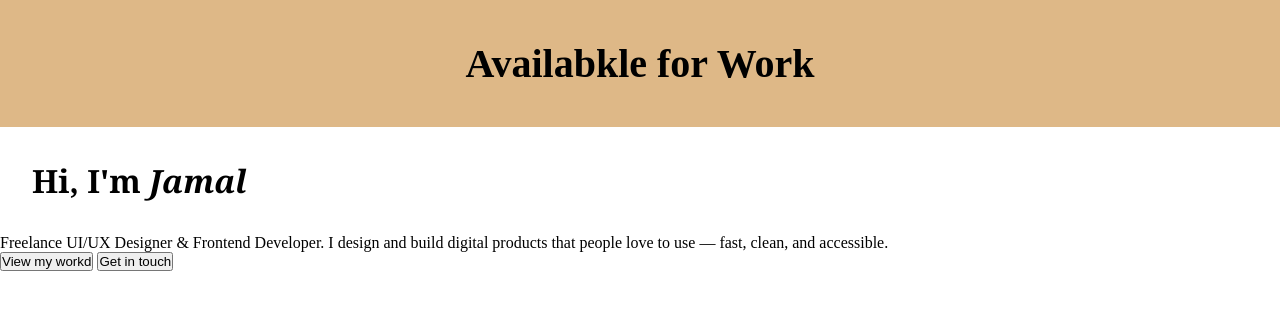
Repository: jamalissef-glitch/exercise1-JS
Page: Exercise33/index.html
The author's editor kept a copy of each file at every save. The page is drawn from the files as they stood at one save, then again after the next save.
The browser window is 1280 px wide. The pictures show the whole page.

Above is the page before, as saved 2026-07-14 17:40:03.

### Exercise33/index.html
<!DOCTYPE html>
<html lang="en">

<head>
 <meta charset="UTF-8">
 <meta name="viewport" content="width=device-width, initial-scale=1.0">
 <title>DOM</title>
</head>

<style>
 * {
  padding: 0;
  margin: 0;
  box-sizing: border-box;
 }

 h3 {
  background-color: burlywood;
  padding: 2.5rem;
  text-align: center;
  font-size: 2.5rem;
  font-weight: bold;
 }

 #head {
  padding: 2rem;
  font-family: Georgia, 'Times New Roman', Times, serif;
  font-size: 2rem;
 }
</style>

<body>

 <h3>Availabkle for Work</h3>
 <h1 id="head">Hi, I'm <em>Jamal</em></h1>
 <p class="desc">Freelance UI/UX Designer & Frontend Developer. I design and build digital products that people love to
  use — fast,
  clean, and accessible.</p>

 <button>View my workd</button>
 <button>Get in touch</button>


</body>

</html>

After the next save:
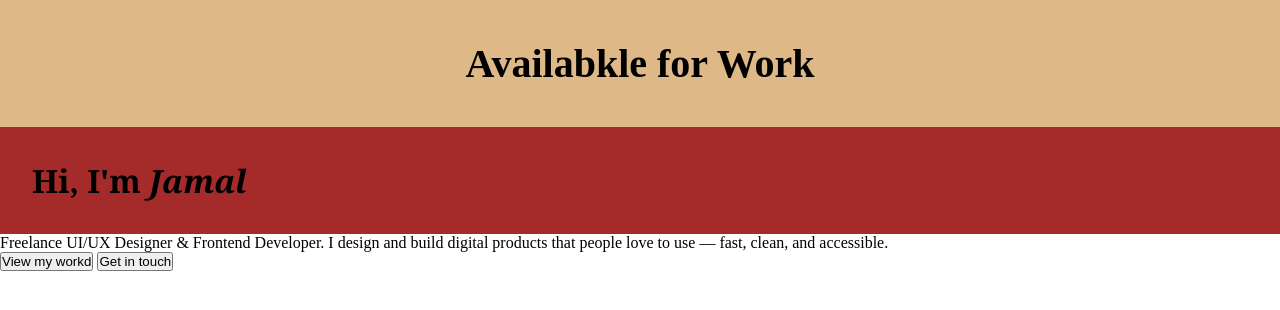
Saved 24 s later.
--- a/Exercise33/index.html
+++ b/Exercise33/index.html
@@ -26,6 +26,7 @@
   padding: 2rem;
   font-family: Georgia, 'Times New Roman', Times, serif;
   font-size: 2rem;
+  background-color: brown;
  }
 </style>
 

After the save that followed:
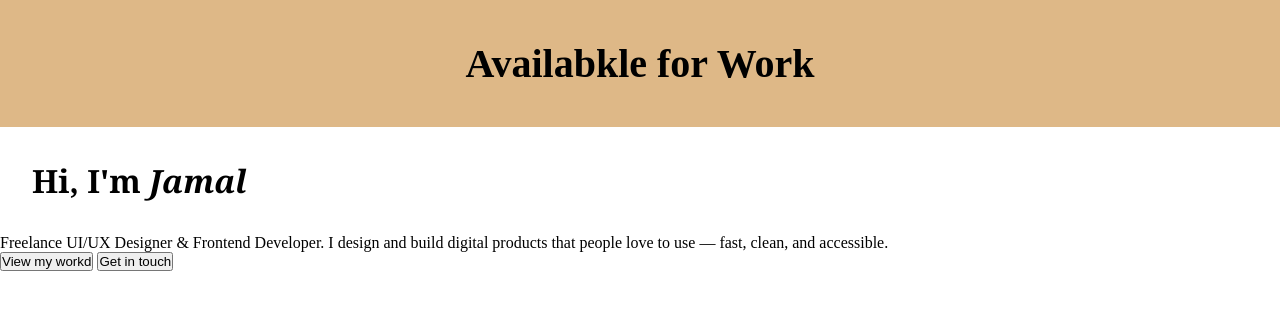
Saved 7 s later.
--- a/Exercise33/index.html
+++ b/Exercise33/index.html
@@ -26,7 +26,7 @@
   padding: 2rem;
   font-family: Georgia, 'Times New Roman', Times, serif;
   font-size: 2rem;
-  background-color: brown;
+  back
  }
 </style>
 
